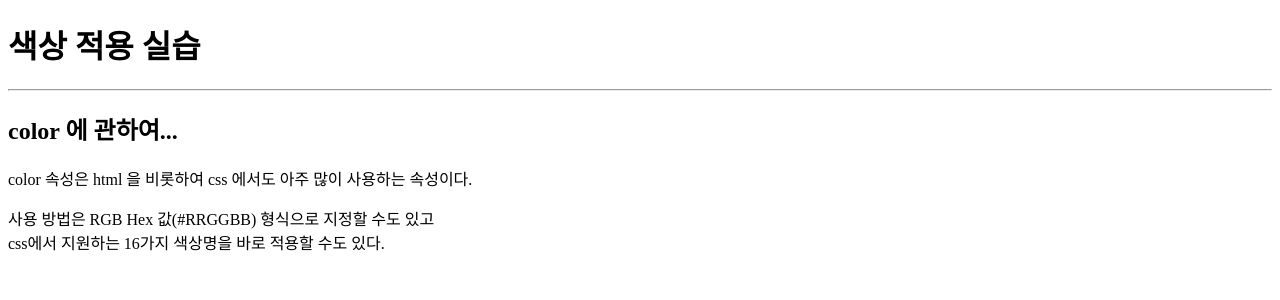
Repository: lolsoyeon/WebStudy
Page: WebApp02/WebContent/Test019.html
These files come from the project's save history. The page is drawn as it stood at one moment and after the next save; the edit follows.
The browser window is 1280 px wide. The pictures show the whole page.

Above is the page before, as saved 2022-09-28 05:28:59.

After the next save:
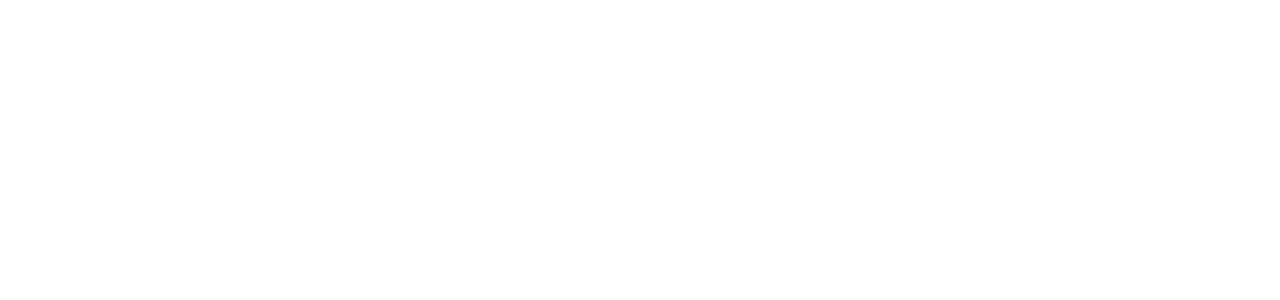
Saved 63 s later.
--- a/WebApp02/WebContent/Test019.html
+++ b/WebApp02/WebContent/Test019.html
@@ -3,6 +3,9 @@
 <head>
 <meta charset="UTF-8">
 <title>Test019.html</title>
+
+<link rel="stylesheet" type="text/css" href="css/externalColor.css>
+
 </head>
 <body>
 
@@ -19,6 +22,7 @@
 
 	<p> 사용 방법은 RGB Hex 값(#RRGGBB) 형식으로 지정할 수도 있고<br>
 	css에서 지원하는 16가지 색상명을 바로 적용할 수도 있다.</p>
+
 </div>
 
 </body>

After the save that followed:
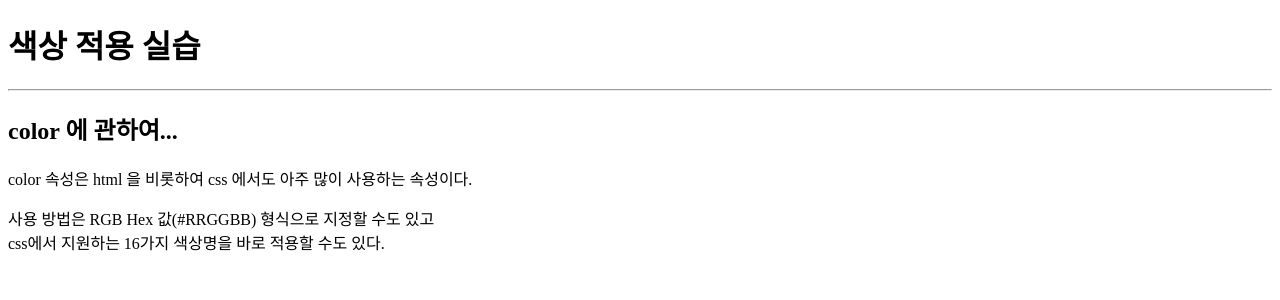
Saved 2 min 18 s later.
--- a/WebApp02/WebContent/Test019.html
+++ b/WebApp02/WebContent/Test019.html
@@ -4,7 +4,7 @@
 <meta charset="UTF-8">
 <title>Test019.html</title>
 
-<link rel="stylesheet" type="text/css" href="css/externalColor.css>
+<!-- <link rel="stylesheet" type="text/css" href="css/externalColor.css> -->
 
 </head>
 <body>
